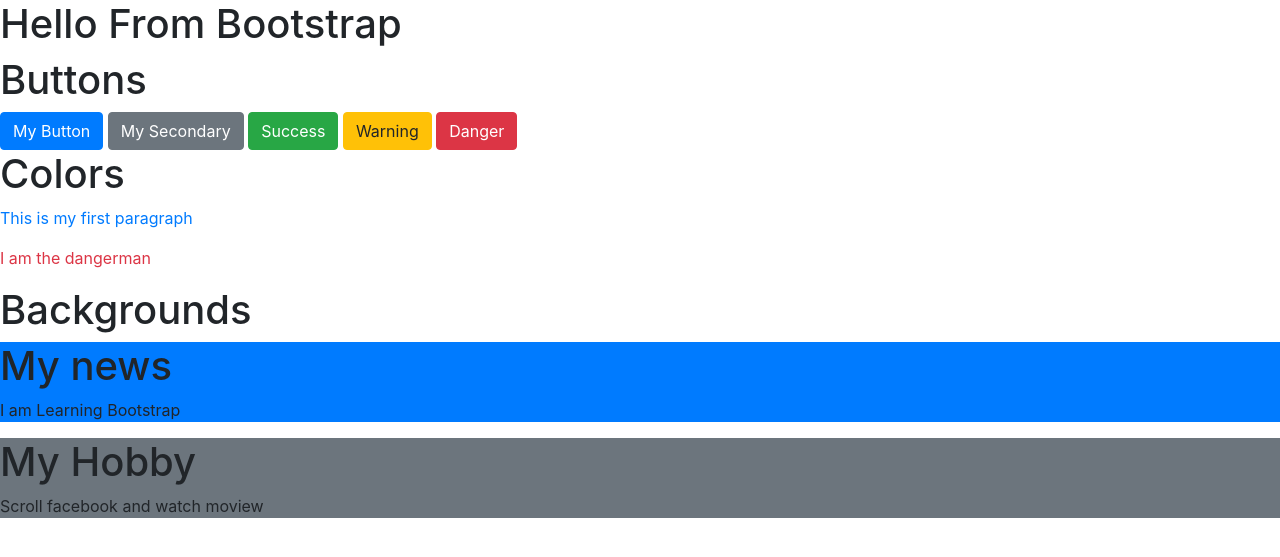
Repository: mohsinfarabi/bootstrap-practice
Page: index.html
The author's editor kept a copy of each file at every save. The page is drawn from the files as they stood at one save, then again after the next save.
The browser window is 1280 px wide. The pictures show the whole page.

Above is the page before, as saved 2020-07-06 02:53:16.

After the next save:
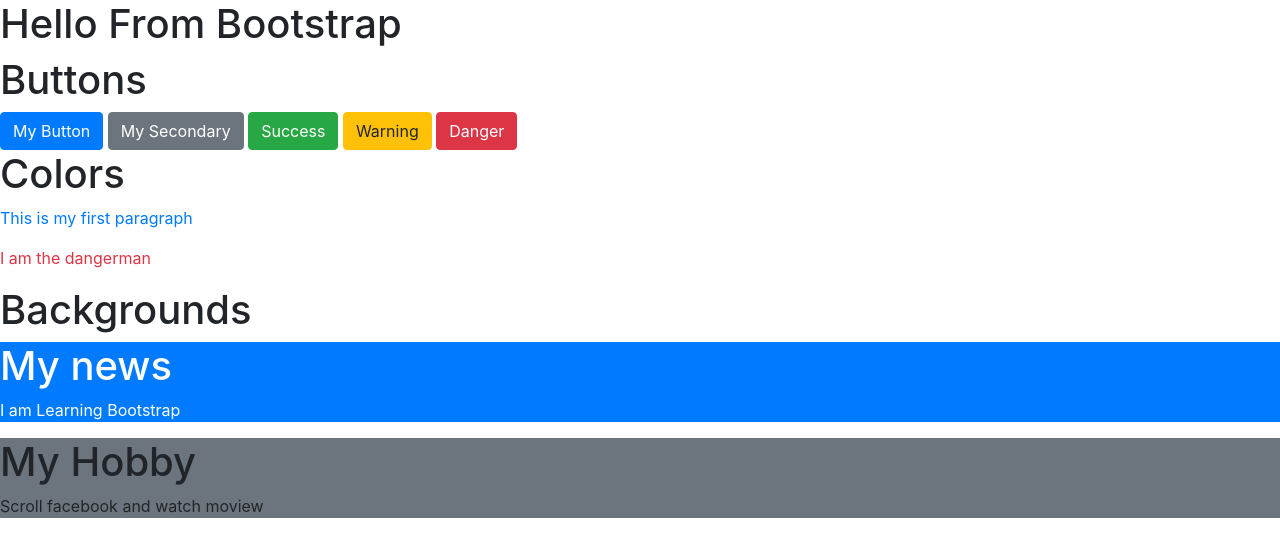
Saved 11 s later.
--- a/index.html
+++ b/index.html
@@ -22,7 +22,7 @@
     <p class="text-danger">I am the dangerman</p>
 
     <h1>Backgrounds</h1>
-    <div class="bg-primary">
+    <div class="bg-primary text-white">
         <h1>My news</h1>
         <p>I am Learning Bootstrap</p>
     </div>
